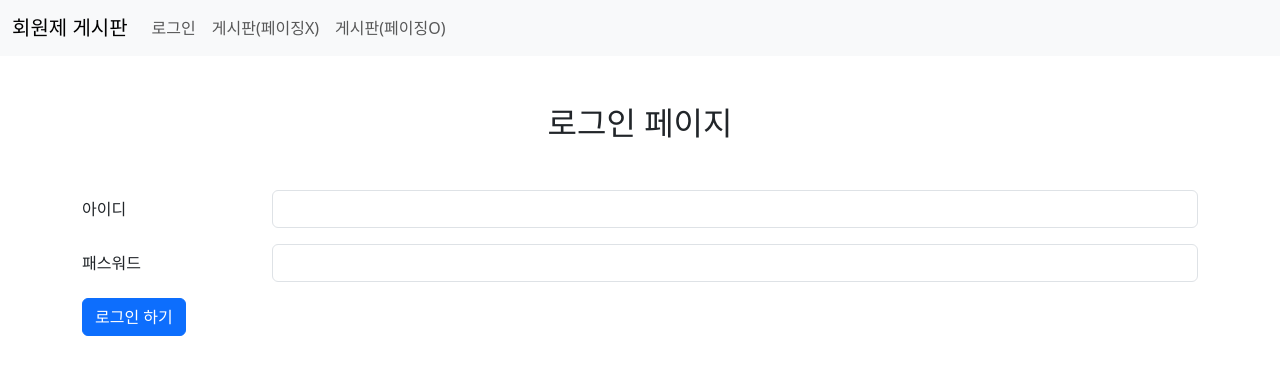
Repository: jungwoonAn/jsp_basic
Page: http://localhost/MustHaveJSP/Common/LoginForm.jsp
An editor plug-in stored every save of this project. The page is shown before and after the next save, followed by the edit.
The browser window is 1280 px wide. The pictures show the whole page.
The page is served by Tomcat 10.

Above is the page before, as saved 2024-10-23 00:49:13.

After the next save:
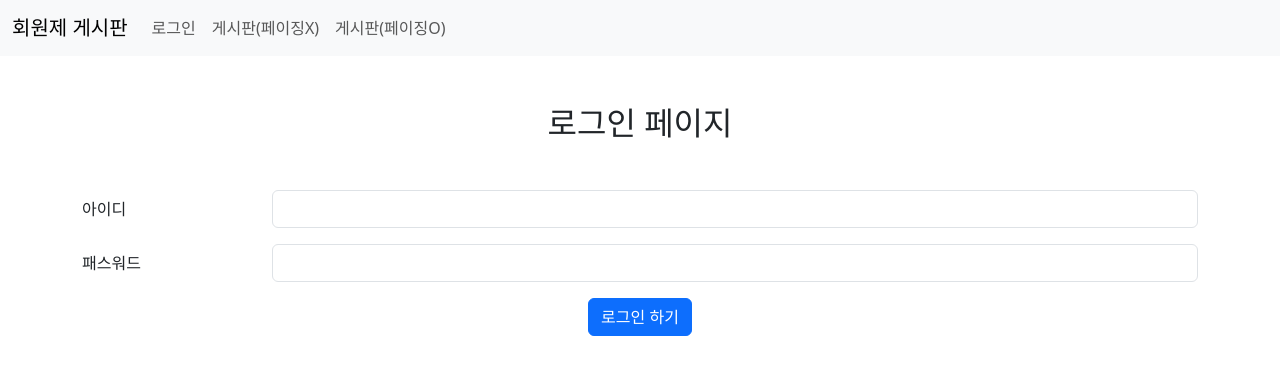
Saved 13 s later.
--- a/MustHaveJSP/src/main/webapp/Common/LoginForm.jsp
+++ b/MustHaveJSP/src/main/webapp/Common/LoginForm.jsp
@@ -46,7 +46,7 @@
 			      	<input type="password" class="form-control" name="user_pass">
 			    </div>
 			</div>
-			<div class="mb-3">
+			<div class="mb-3 text-center">
 				<button type="submit" class="btn btn-primary">로그인 하기</button>
 			</div>
 		</form>
